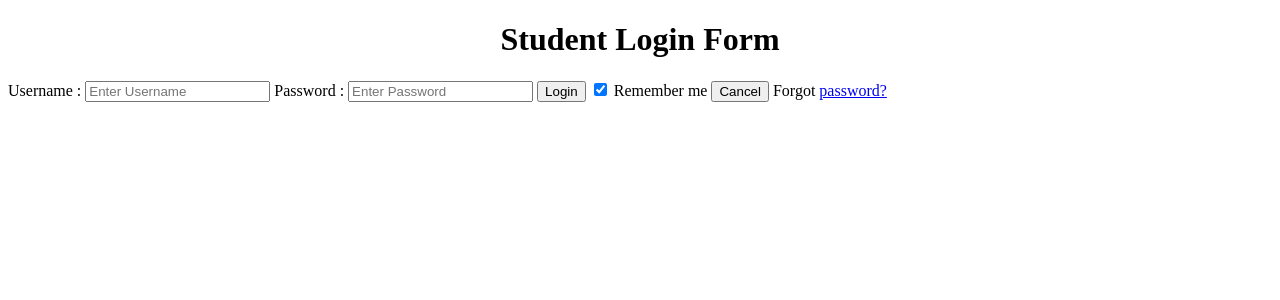
Repository: porjulio/java-tech-training
Page: web/Id-web-java-master/WebContent/WEB-INF/index.html
An editor plug-in stored every save of this project. The page is shown before and after the next save, followed by the edit.
The browser window is 1280 px wide. The pictures show the whole page.

Above is the page before, as saved 2021-11-24 06:22:14.

After the next save:
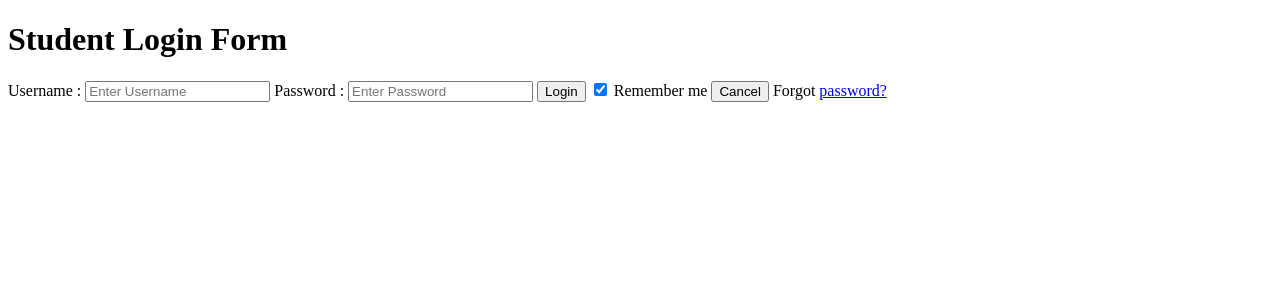
Saved 40 s later.
--- a/web/Id-web-java-master/WebContent/WEB-INF/index.html
+++ b/web/Id-web-java-master/WebContent/WEB-INF/index.html
@@ -6,7 +6,7 @@
 <title>Welcome!</title>
 </head>
 <body>
-    <center> <h1> Student Login Form </h1> </center>
+    <h1> Student Login Form </h1>
     <form>
         <div class="container">
             <label>Username : </label>
